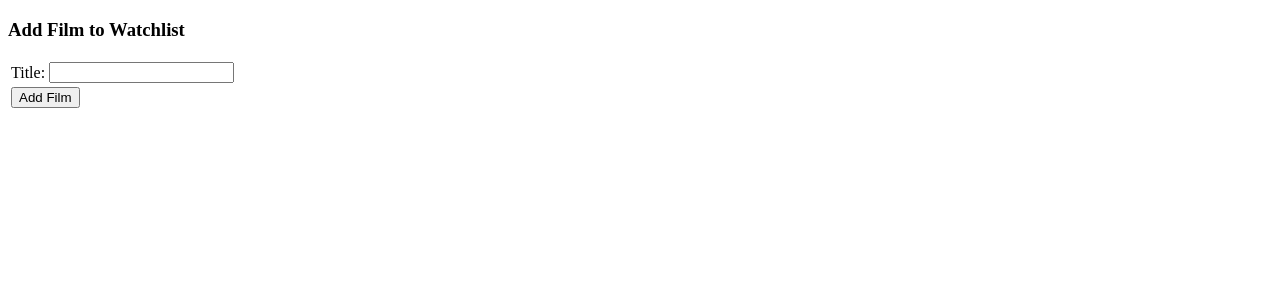
Repository: dannie-su-sjsu/CS157A-team6
Page: http://localhost/ToMovie/addFilm.jsp
The author's editor kept a copy of each file at every save. The page is drawn from the files as they stood at one save, then again after the next save.
The browser window is 1280 px wide. The pictures show the whole page.
The page is served by Tomcat 9. Other server files are loaded and not shown.

Above is the page before, as saved 2023-07-22 05:14:45.

### ToMovie/src/main/webapp/addFilm.jsp
<%@ page language="java" contentType="text/html; charset=UTF-8"
    pageEncoding="UTF-8"%>
<!DOCTYPE html>
<html>
<head>
<meta charset="UTF-8">
<title>Insert title here</title>
</head>
<body>
	<h3>Add Film to Watchlist</h3>
	<form action ="ViewServlet" method="post">
		<table>
			<tr><td>Title:</td><td><input type="text" name="title"/></td></tr>
			<tr><td colspan="2"><input type="submit" value="Add Film"/></td></tr>
		</table>
	</form>
	<br>
</body>
</html>

After the next save:
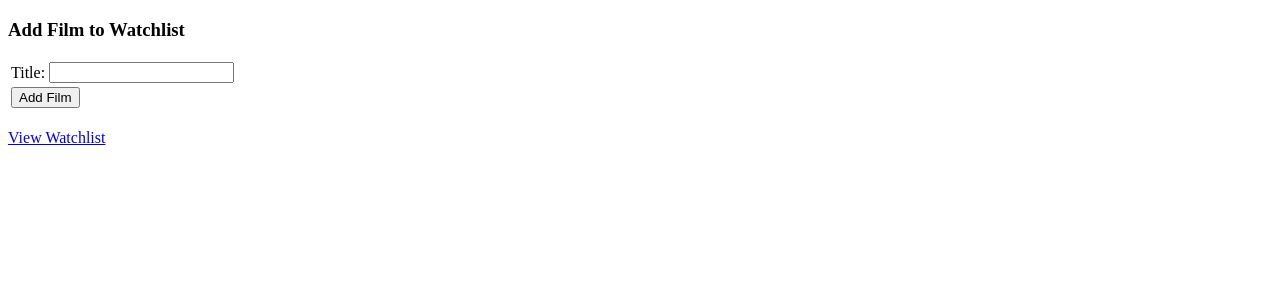
Saved 3 min 4 s later.
--- a/ToMovie/src/main/webapp/addFilm.jsp
+++ b/ToMovie/src/main/webapp/addFilm.jsp
@@ -15,5 +15,6 @@
 		</table>
 	</form>
 	<br>
+	<a href="ViewServlet">View Watchlist</a>
 </body>
 </html>
